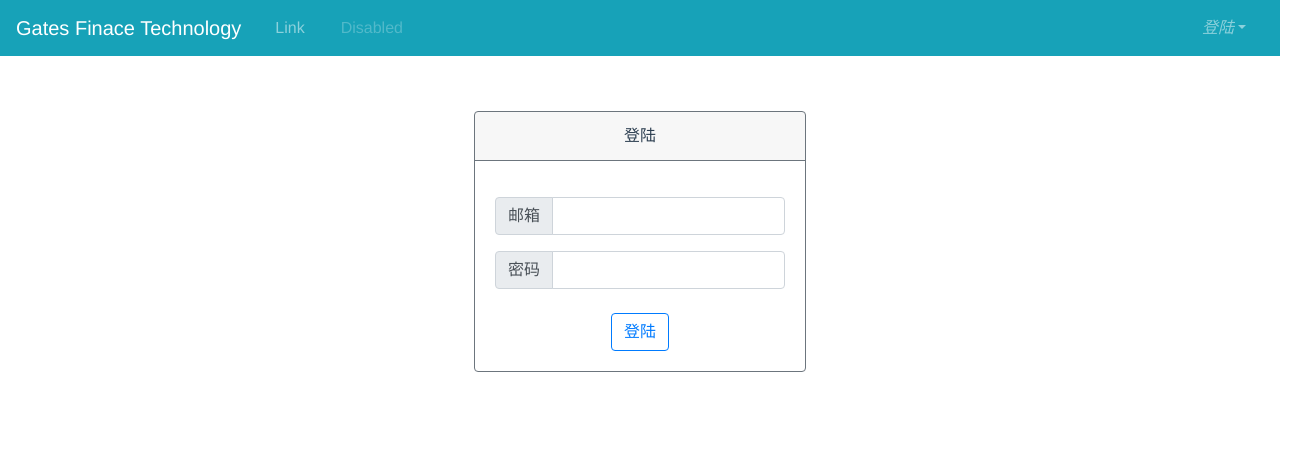
Repository: sqsssq/GatesFinace
Page: /login (app in webview/)
These files come from the project's save history. The page is drawn as it stood at one moment and after the next save; the edit follows.
The browser window is 1280 px wide. The page is 1295 px wide, so the pictures cover 1295 px, including what lies to the right of the window. The pictures show the whole page.
The project was rebuilt for these pictures with package versions that can differ from the ones it lists, and the page was loaded fresh each time. Also part of the build but not shown: webview/src/components/HelloWorld.vue, webview/src/views/Home.vue, webview/src/components/gatesCarousel.vue, webview/src/views/main.vue.

Above is the page before, as saved 2020-11-03 17:08:10.

After the next save:
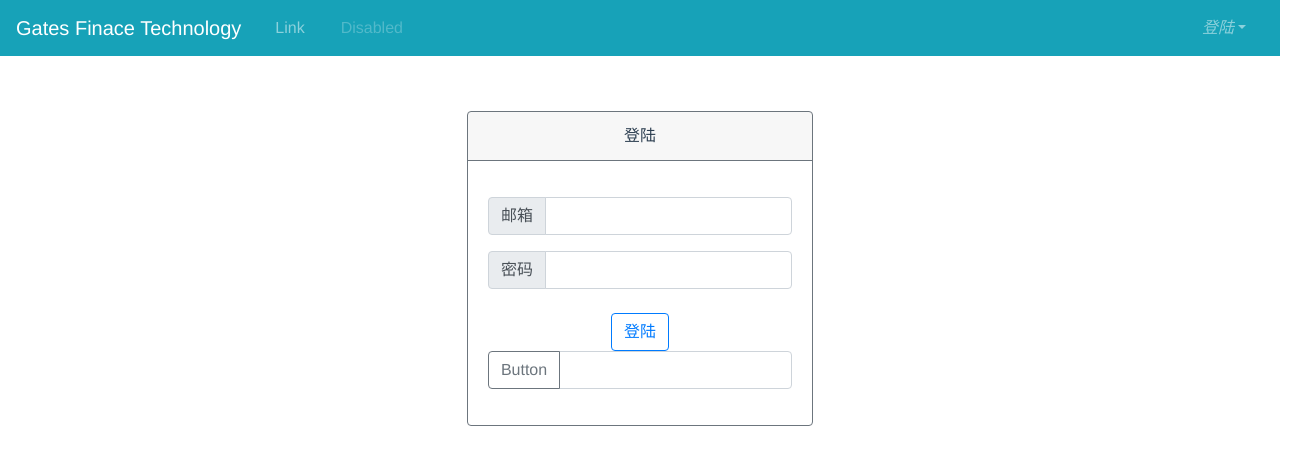
Saved 80 s later.
--- a/webview/src/components/gatesLogin.vue
+++ b/webview/src/components/gatesLogin.vue
@@ -32,6 +32,13 @@
         @click="login()"
         variant="outline-primary"
       >登陆</b-button>
+
+      <div class="input-group mb-3">
+  <div class="input-group-prepend">
+    <button class="btn btn-outline-secondary" type="button" id="button-addon1">Button</button>
+  </div>
+  <input type="text" class="form-control" placeholder="" aria-label="Example text with button addon" aria-describedby="button-addon1">
+</div>
     </b-card>
 
   </div>

After the save that followed:
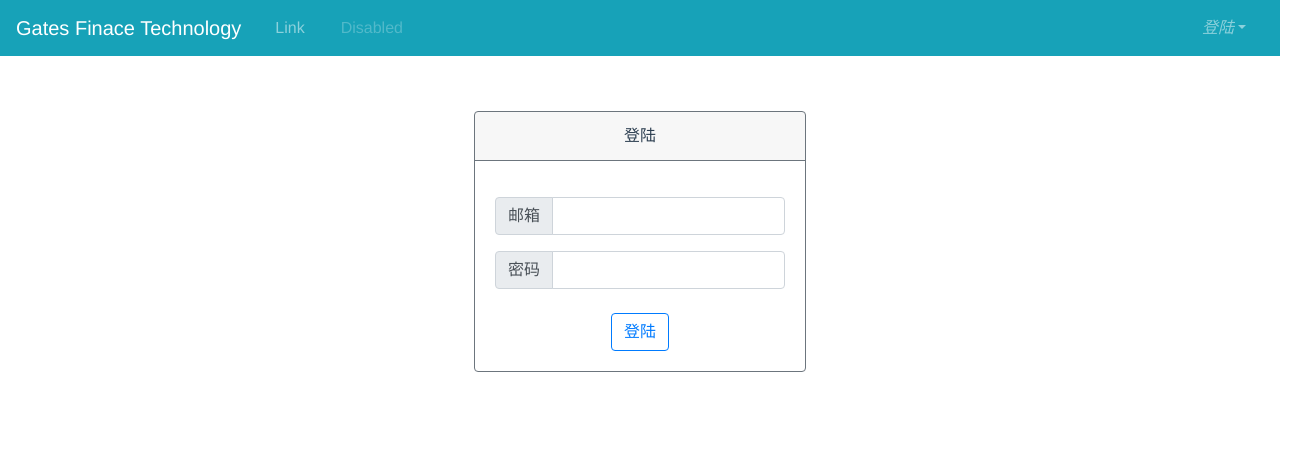
Saved 23 s later.
--- a/webview/src/components/gatesLogin.vue
+++ b/webview/src/components/gatesLogin.vue
@@ -25,20 +25,13 @@
         prepend="密码"
         class="mt-3"
       >
-        <b-form-input v-model="loginData.password"></b-form-input>
+        <b-form-input v-model="loginData.password" type="password"></b-form-input>
       </b-input-group>
       <br>
       <b-button
         @click="login()"
         variant="outline-primary"
       >登陆</b-button>
-
-      <div class="input-group mb-3">
-  <div class="input-group-prepend">
-    <button class="btn btn-outline-secondary" type="button" id="button-addon1">Button</button>
-  </div>
-  <input type="text" class="form-control" placeholder="" aria-label="Example text with button addon" aria-describedby="button-addon1">
-</div>
     </b-card>
 
   </div>
